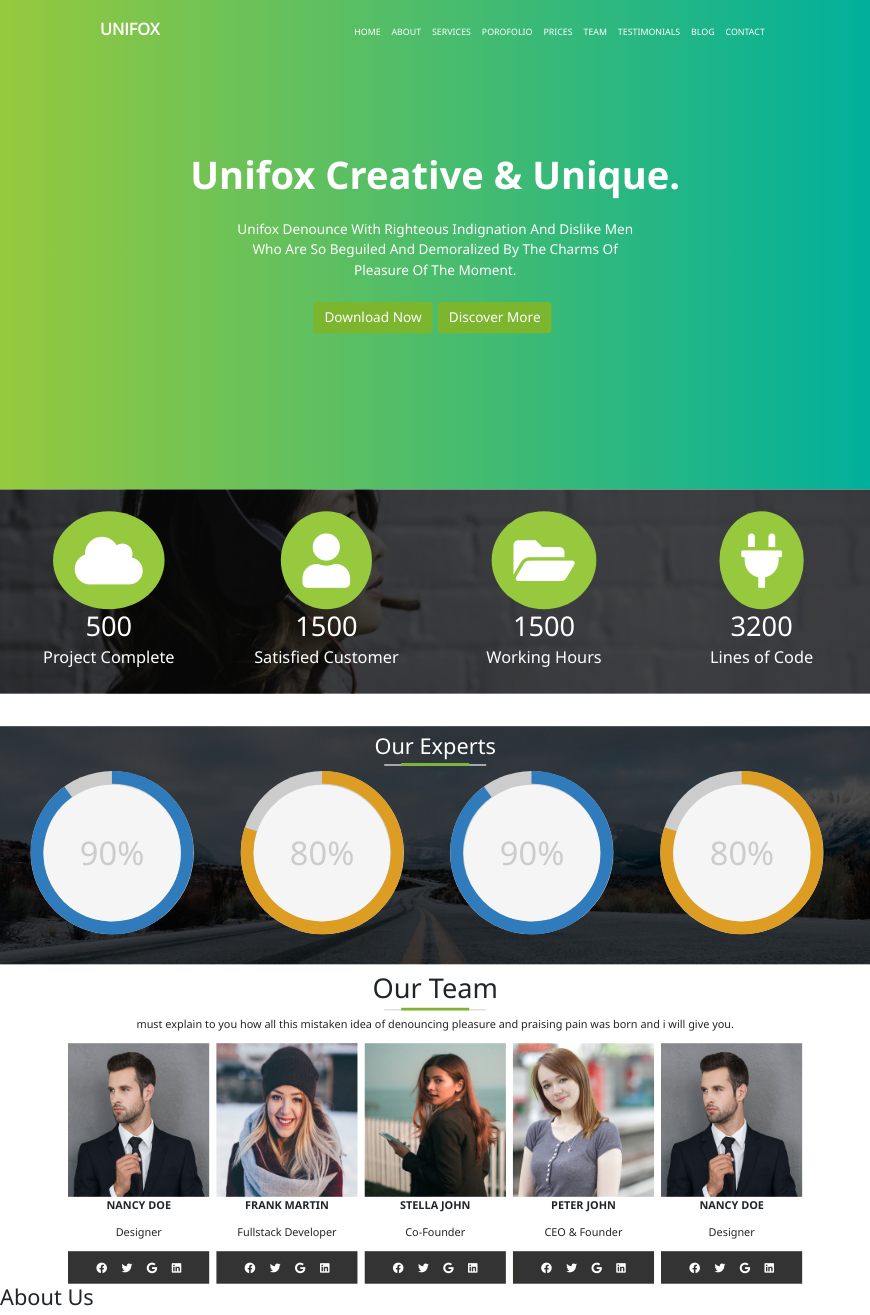
Repository: ibrkhalil/Uniforce-First-Attempt
Page: index.html
The author's editor kept a copy of each file at every save. The page is drawn from the files as they stood at one save, then again after the next save.
The browser window is 1280 px wide. The pictures show the whole page, at 68% of full size.
Backgrounds fixed to the window are drawn as part of the page.

Above is the page before, as saved 2021-01-24 02:25:28.

After the next save:
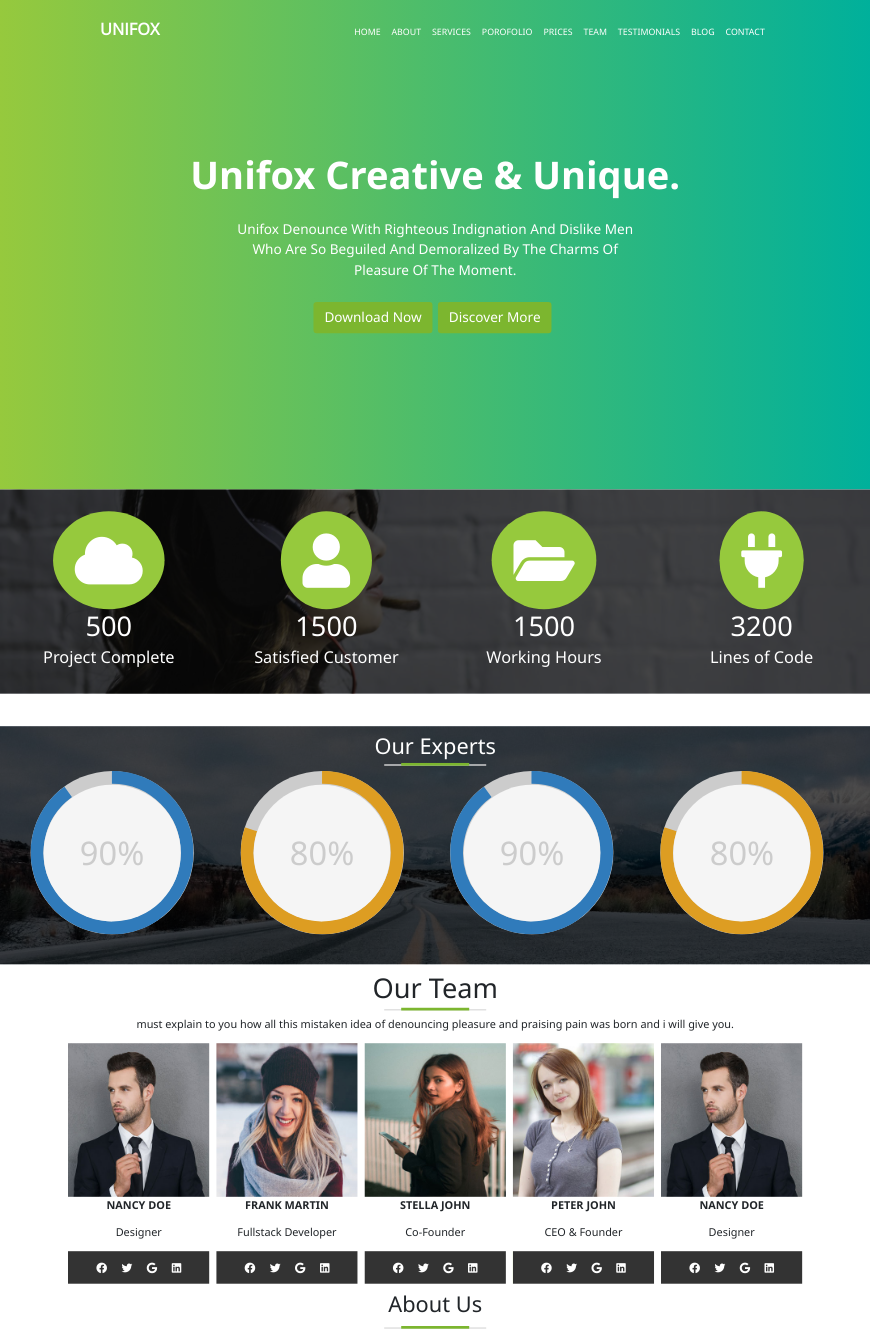
Saved 30 s later.
--- a/index.html
+++ b/index.html
@@ -274,7 +274,7 @@
         </div>
       </div>
     </div>
-        <section class="green-bottom-border">
+        <section class="line green-bottom-border">
             <h2>About Us</h2>
         </section>
 
